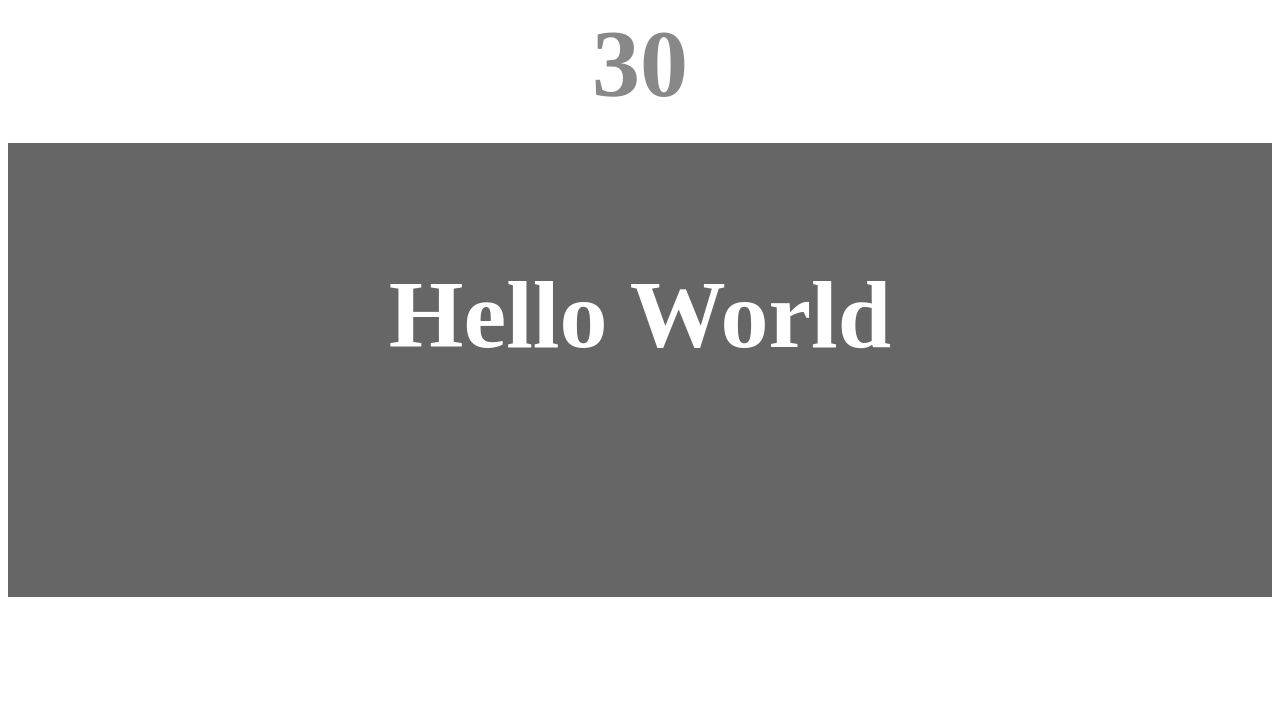
Repository: BenBen-san/Typing-Game
Page: typinggame_custom.html
The author's editor kept a record of every edit. The page is drawn from the files as they stood at one moment, then again after the next edit.
The browser window is 1280 px wide. The pictures show the whole page.
After loading, the first visible `#start` was clicked once.

Above is the page before.

### typinggame_custom.html
<!DOCTYPE html>
<html lang="ja">
<head>
    <meta charset="UTF-8">
    <title>タイピングゲーム</title>

    <style>

        body{
            font-size: 6em;
            text-align: center;
        }


        #count{
            margin: 0;
            font-weight: bold;
            color: #888;
        }

        #message{
            font-size: 16px;
            margin-top: 24px;
            margin-bottom: 24px;
            color: red;
        }

        #wrap{
            margin-top: 20px;
            padding: 20px 10px;
            background-color: #666;
            font-weight: bold;
            color: #fff;
        }

        span{
            transition: all 300ms 0s ease;
        }

        .add-color{
            font-size: 0.5em;
            color: #666;
        }

    </style>

</head>
    <p id="count">30</p>
    <p id="message"></p>

    <div id="wrap">
        <p id="text"></p>
        <img id="image_place">
    </div>
    <button id="start">スタート</button>

    <script>


    const wrap = document.getElementById('wrap');
    const start = document.getElementById('start');

    const textLists = [
        ['Hello World','undraw_buddies_re_tuw4.svg'],
        ['This is my App','undraw_job_offers_re_w25r.svg'],
        ['How are you?','undraw_statistic_chart_re_w0pk.svg']
        ];


    let checkTexts = [];

    let score = 0

    const createText = () => {

        const p = document.getElementById('text');

        const rnd = Math.floor(Math.random() * textLists.length);

        p.textContent = '';

        checkTexts = textLists[rnd][0].split('').map(value => {

            const span = document.createElement('span');

            span.textContent = value;

            p.appendChild(span);

            return span;
        })

    };

    const createImage = () => {

        const img = document.getElementById('img');

        img.src =  'undraw_statistic_chart_re_w0pk.svg';

        };


    const keyDown = e => {

        if(e.key === checkTexts[0].textContent){
            checkTexts[0].className = 'add-color';

            checkTexts.shift();

            score++

            if(!checkTexts.length)

            createText();
        }else if(e.key === 'Shift'){
            wrap.style.backgroundColor = '#666';
        }else {
            wrap.style.backgroundColor = 'red';
        }
    };

    const rankCheck = score => {

            let text = '';

            if(score < 100){
                text = `あなたのランクはCです。\nBランクまであと${100 - score}文字です。`;
            }else if(score < 200){
                text = `あなたのランクはBです。\nAランクまであと${200 - score}文字です。`;
            }else if(score < 300){
                text = `あなたのランクはCです。\nSランクまであと${300 - score}文字です。`;
            }else if(score >= 300){
                text = `あなたのランクはSです。\nおめでとうございます！`;
            }

            return `${score}文字打てました！\n${text}\n【OK】リトライ／【キャンセル】終了`;

        };


    const gameOver = id => {

        clearInterval(id);

        const result = confirm(rankCheck(score));

        if(result) window.locaton.reload();




    };

    const timer = () => {

        let time = 30

        const count = document.getElementById('count');

        const id = setInterval(() => {

        if(time <= 0) gameOver(id);

        count.textContent = time--;


        }, 1000);


    };

    start.addEventListener('click', () => {

        timer();

        createText();

        start.style.display = 'none';

        document.addEventListener('keydown', keyDown);



    });

    </script>

<body>

</body>
</html>

After the next edit:
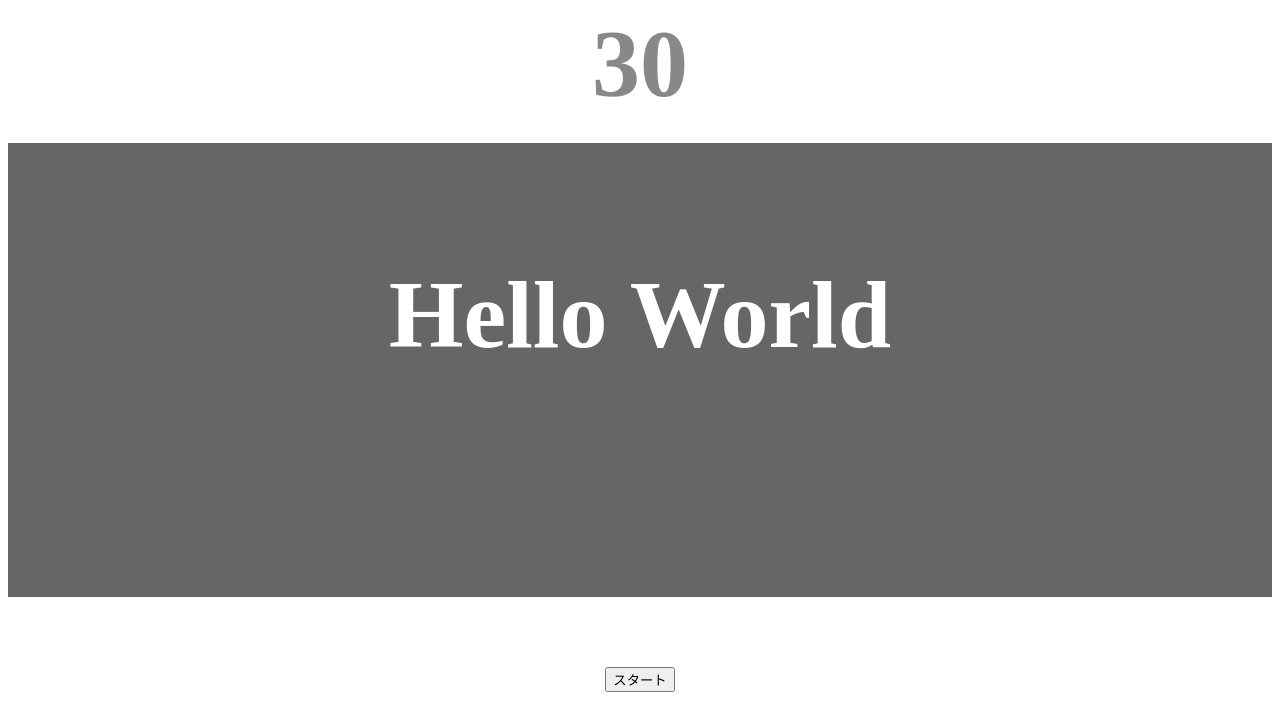
Console error: TypeError: Cannot set properties of null (setting 'src')
The edit:
--- a/typinggame_custom.html
+++ b/typinggame_custom.html
@@ -176,6 +176,8 @@
 
         createText();
 
+        createImage();
+
         start.style.display = 'none';
 
         document.addEventListener('keydown', keyDown);
